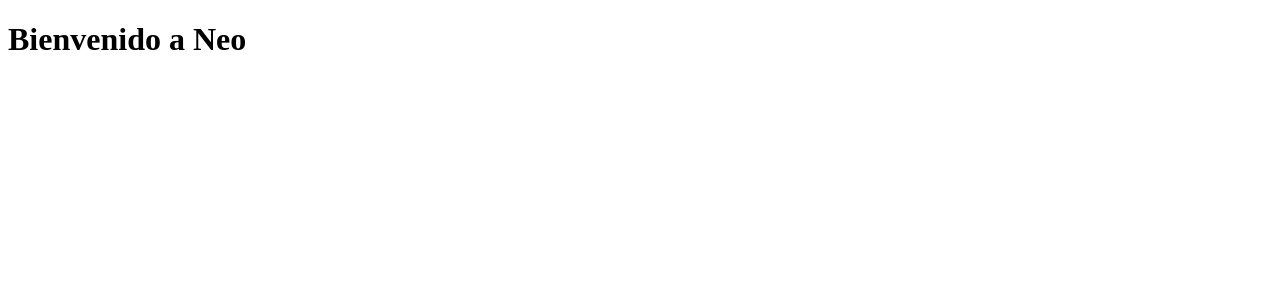
Repository: TapZc/getya_proyect
Page: index.html
These files come from the project's save history. The page is drawn as it stood at one moment and after the next save; the edit follows.
The browser window is 1280 px wide. The pictures show the whole page.

Above is the page before, as saved 2025-02-21 06:41:01.

After the next save:
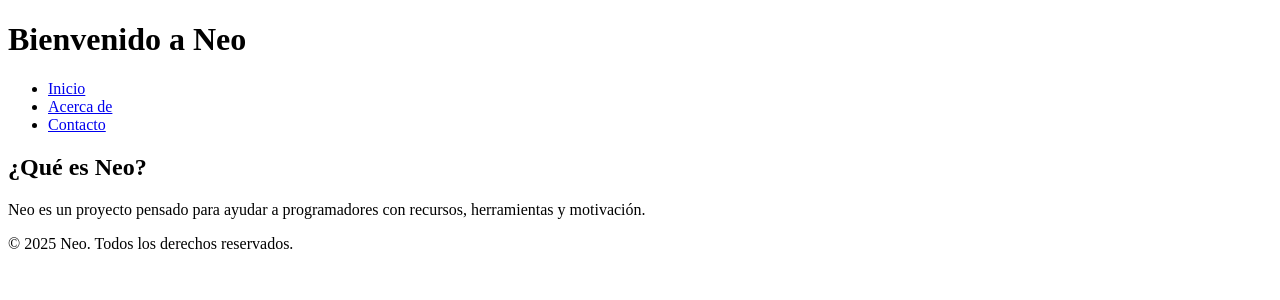
Saved 13 min 16 s later.
--- a/index.html
+++ b/index.html
@@ -6,6 +6,24 @@
     <title>Neo</title>
 </head>
 <body>
-    <h1>Bienvenido a Neo</h1>
+    <header>
+        <h1>Bienvenido a Neo</h1>
+        <nav>
+            <ul>
+                <li><a href="#">Inicio</a></li>
+                <li><a href="#">Acerca de</a></li>
+                <li><a href="#">Contacto</a></li>
+            </ul>
+        </nav>
+    </header>
+
+    <section>
+        <h2>¿Qué es Neo?</h2>
+        <p>Neo es un proyecto pensado para ayudar a programadores con recursos, herramientas y motivación.</p>
+    </section>
+
+    <footer>
+        <p>&copy; 2025 Neo. Todos los derechos reservados.</p>
+    </footer>
 </body>
 </html>
